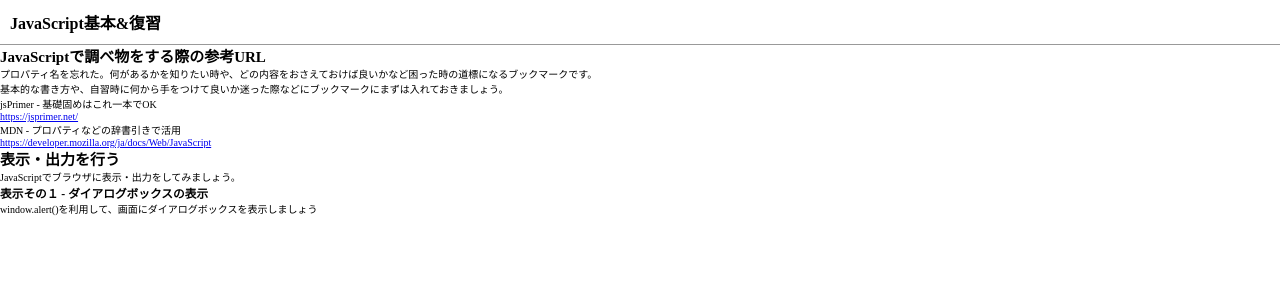
Repository: Yuto-Arakawa/study_js
Page: 01_basic/荒川/ara_basic01.html
The author's editor kept a copy of each file at every save. The page is drawn from the files as they stood at one save, then again after the next save.
The browser window is 1280 px wide. The pictures show the whole page.

Above is the page before, as saved 2026-11-06 14:31:49.

### 01_basic/荒川/ara_basic01.html
<!DOCTYPE html>
<html lang="ja">
<head>
  <meta charset="utf-8">
  <meta name="viewport" content="width=device-width, initial-scale=1">
  <meta name="color-scheme" content="light">
  <meta name="format-detection" content="telephone=no">
  <meta name="description" content="ここに説明文を設定">
  <title>ara_basic01</title>

  <!-- 共有用 OGP / X(Twitter) -->
  <meta property="og:site_name" content="サイト名">
  <meta property="og:title" content="サイトタイトル">
  <meta property="og:description" content="サイト説明文">
  <meta property="og:type" content="website">
  <meta property="og:url" content="https://hoge.ecc.com/">
  <meta property="og:image" content="https://hoge.ecc.com/ogp.png">
  <meta name="twitter:card" content="summary_large_image">
  <meta name="twitter:site" content="@twitteraccount">

  <!-- 正規URL -->
  <link rel="canonical" href="URL">
	<!-- 多言語サイト用 -->
	<!-- <link rel="alternate" hreflang="ja" href="URL"> -->

  <!-- アイコン（SVG優先、ICOフォールバック、Apple Touch） -->
  <link rel="icon" type="image/svg+xml" href="favicon.svg">
  <link rel="alternate icon" href="favicon.ico">
  <link rel="apple-touch-icon" href="apple-touch-icon.png" sizes="180x180">

  <!-- テーマカラー（PWAでなくてもアドレスバー色に反映） -->
  <meta name="theme-color" content="#FFFFFF">

	<!-- スタイルの読み込み -->
    <link rel="stylesheet" href="css/ress.css">
    <link rel="stylesheet" href="css/basic01.css">

</head>
<body>
    <header>
        <h1>JavaScript基本&復習</h1>
    </header>
    <main>
        <div>
            <h2>JavaScriptで調べ物をする際の参考URL</h2>
                <p>
                    プロパティ名を忘れた。何があるかを知りたい時や、どの内容をおさえておけば良いかなど困った時の道標になるブックマークです。<br>
                    基本的な書き方や、自習時に何から手をつけて良いか迷った際などにブックマークにまずは入れておきましょう。
                </p>

                <p>
                    jsPrimer - 基礎固めはこれ一本でOK<br>
                    <a href="https://jsprimer.net/" target="_blank">https://jsprimer.net/</a>
                </p>
                <p>
                    MDN - プロパティなどの辞書引きで活用<br>
                    <a href="https://developer.mozilla.org/ja/docs/Web/JavaScript" target="_blank">https://developer.mozilla.org/ja/docs/Web/JavaScript</a>
                </p>
        </div>
            <h2>表示・出力を行う</h2>
                <p>JavaScriptでブラウザに表示・出力をしてみましょう。</p>
            <h3>表示その１ - ダイアログボックスの表示</h3>
                <p>window.alert()を利用して、画面にダイアログボックスを表示しましょう</p>
    </main>
</body>
</html>

### 01_basic/荒川/css/ress.css
/* resset.dev • v6.0.0 */

/* # =================================================================
   # Global selectors
   # ================================================================= */

html {
  box-sizing: border-box;
  -webkit-text-size-adjust: 100%; /* Prevent adjustments of font size after orientation changes in iOS */
  word-break: normal;
  -moz-tab-size: 4;
  tab-size: 4;
}

*,
::before,
::after {
  background-repeat: no-repeat; /* Set `background-repeat: no-repeat` to all elements and pseudo elements */
  box-sizing: inherit;
}

::before,
::after {
  text-decoration: inherit; /* Inherit text-decoration and vertical align to ::before and ::after pseudo elements */
  vertical-align: inherit;
}

* {
  padding: 0; /* Reset `padding` and `margin` of all elements */
  margin: 0;
}

/* # =================================================================
   # General elements
   # ================================================================= */

hr {
  overflow: visible; /* Show the overflow in Edge and IE */
  height: 0; /* Add the correct box sizing in Firefox */
  color: inherit; /* Correct border color in Firefox. */
}

details,
main {
  display: block; /* Render the `main` element consistently in IE. */
}

summary {
  display: list-item; /* Add the correct display in all browsers */
}

small {
  font-size: 80%; /* Set font-size to 80% in `small` elements */
}

[hidden] {
  display: none; /* Add the correct display in IE */
}

abbr[title] {
  border-bottom: none; /* Remove the bottom border in Chrome 57 */
  /* Add the correct text decoration in Chrome, Edge, IE, Opera, and Safari */
  text-decoration: underline;
  text-decoration: underline dotted;
}

a {
  background-color: transparent; /* Remove the gray background on active links in IE 10 */
}

a:active,
a:hover {
  outline-width: 0; /* Remove the outline when hovering in all browsers */
}

code,
kbd,
pre,
samp {
  font-family: monospace, monospace; /* Specify the font family of code elements */
}

pre {
  font-size: 1em; /* Correct the odd `em` font sizing in all browsers */
}

b,
strong {
  font-weight: bolder; /* Add the correct font weight in Chrome, Edge, and Safari */
}

/* https://gist.github.com/unruthless/413930 */
sub,
sup {
  font-size: 75%;
  line-height: 0;
  position: relative;
  vertical-align: baseline;
}

sub {
  bottom: -0.25em;
}

sup {
  top: -0.5em;
}

table {
  border-color: inherit; /* Correct border color in all Chrome, Edge, and Safari. */
  text-indent: 0; /* Remove text indentation in Chrome, Edge, and Safari */
}

iframe {
  border-style: none;
}

/* # =================================================================
   # Accessibility
   # ================================================================= */

/* Specify the progress cursor of updating elements */
[aria-busy='true'] {
  cursor: progress;
}

/* Specify the pointer cursor of trigger elements */
[aria-controls] {
  cursor: pointer;
}

/* # =================================================================
   # Forms
   # ================================================================= */

input {
  border-radius: 0;
}

[type='number']::-webkit-inner-spin-button,
[type='number']::-webkit-outer-spin-button {
  height: auto; /* Correct the cursor style of increment and decrement buttons in Chrome */
}

[type='search'] {
  -webkit-appearance: textfield; /* Correct the odd appearance in Chrome and Safari */
  outline-offset: -2px; /* Correct the outline style in Safari */
}

[type='search']::-webkit-search-decoration {
  -webkit-appearance: none; /* Remove the inner padding in Chrome and Safari on macOS */
}

textarea {
  overflow: auto; /* Internet Explorer 11+ */
  resize: vertical; /* Specify textarea resizability */
}

button,
input,
optgroup,
select,
textarea {
  font: inherit; /* Specify font inheritance of form elements */
}

optgroup {
  font-weight: bold; /* Restore the font weight unset by the previous rule */
}

button {
  overflow: visible; /* Address `overflow` set to `hidden` in IE 8/9/10/11 */
}

button,
select {
  text-transform: none; /* Firefox 40+, Internet Explorer 11- */
}

/* Apply cursor pointer to button elements */
button,
[type='button'],
[type='reset'],
[type='submit'],
[role='button'] {
  cursor: pointer;
}

/* Remove inner padding and border in Firefox 4+ */
button::-moz-focus-inner,
[type='button']::-moz-focus-inner,
[type='reset']::-moz-focus-inner,
[type='submit']::-moz-focus-inner {
  border-style: none;
  padding: 0;
}

/* Replace focus style removed in the border reset above */
button:-moz-focusring,
[type='button']::-moz-focus-inner,
[type='reset']::-moz-focus-inner,
[type='submit']::-moz-focus-inner {
  outline: 1px dotted ButtonText;
}

button,
html [type='button'], /* Prevent a WebKit bug where (2) destroys native `audio` and `video`controls in Android 4 */
[type='reset'],
[type='submit'] {
  -webkit-appearance: button; /* Correct the inability to style clickable types in iOS */
}

/* Remove the default button styling in all browsers */
button,
input,
select,
textarea {
  background-color: transparent;
  border-style: none;
}

a:focus,
button:focus,
input:focus,
select:focus,
textarea:focus {
  outline-width: 0;
}

/* Style select like a standard input */
select {
  -moz-appearance: none; /* Firefox 36+ */
  -webkit-appearance: none; /* Chrome 41+ */
}

select::-ms-expand {
  display: none; /* Internet Explorer 11+ */
}

select::-ms-value {
  color: currentColor; /* Internet Explorer 11+ */
}

legend {
  border: 0; /* Correct `color` not being inherited in IE 8/9/10/11 */
  color: inherit; /* Correct the color inheritance from `fieldset` elements in IE */
  display: table; /* Correct the text wrapping in Edge and IE */
  max-width: 100%; /* Correct the text wrapping in Edge and IE */
  white-space: normal; /* Correct the text wrapping in Edge and IE */
  max-width: 100%; /* Correct the text wrapping in Edge 18- and IE */
}

::-webkit-file-upload-button {
  /* Correct the inability to style clickable types in iOS and Safari */
  -webkit-appearance: button;
  color: inherit;
  font: inherit; /* Change font properties to `inherit` in Chrome and Safari */
}

/* Replace pointer cursor in disabled, not-editable, or otherwise inoperable elements */
[disabled],
[aria-disabled='true'] {
  cursor: default;
}

/* # =================================================================
   # Specify media element style
   # ================================================================= */

img {
  border-style: none; /* Remove border when inside `a` element in IE 8/9/10 */
}

/* Add the correct vertical alignment in Chrome, Firefox, and Opera */
progress {
  vertical-align: baseline;
}

### 01_basic/荒川/css/basic01.css
html{
    font-size: 62.5%;
}

header{
    padding: 1rem;
    border-bottom: solid 1px #999;
    font-size: 8px;
}

After the next save:
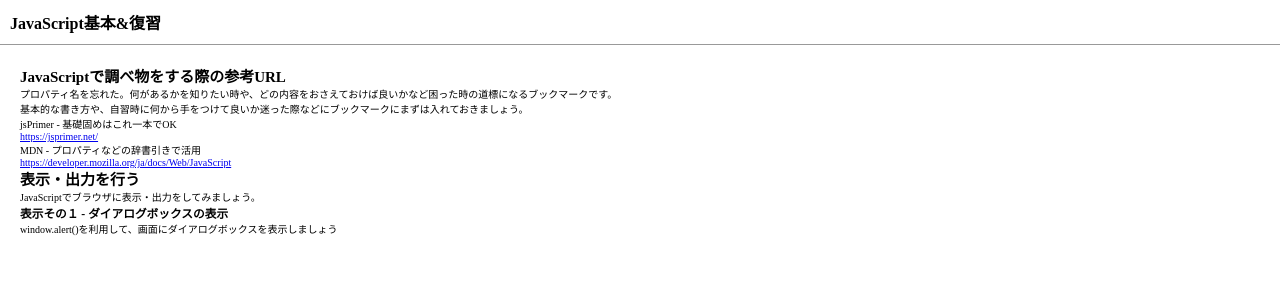
Saved 6 min 8 s later.
--- a/01_basic/荒川/css/basic01.css
+++ b/01_basic/荒川/css/basic01.css
@@ -7,3 +7,7 @@ header{
     border-bottom: solid 1px #999;
     font-size: 8px;
 }
+
+main{
+    padding: 20px;
+}
